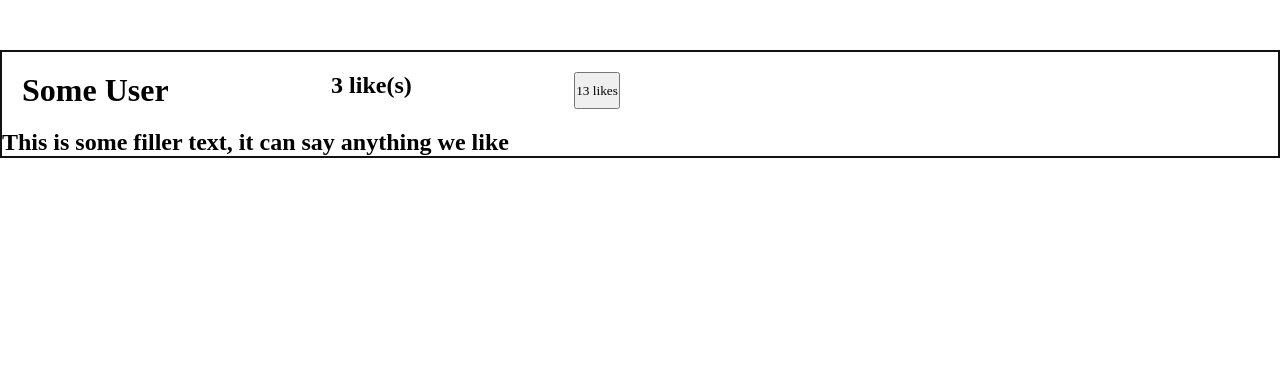
Repository: Blender20/liking_likes
Page: index.html
An editor plug-in stored every save of this project. The page is shown before and after a run of saves, followed by the edit.
The browser window is 1280 px wide. The pictures show the whole page.
Some web fonts or font styles are not loaded; a fallback is used.

Above is the page before, as saved 2022-03-29 19:39:11.

### index.html
<!DOCTYPE html>
<html lang="en">

<head>
  <meta charset="UTF-8">
  <meta http-equiv="X-UA-Compatible" content="IE=edge">
  <meta name="viewport" content="width=device-width, initial-scale=1.0">
  <link rel="stylesheet" href="style.css">
  <title>Document</title>
</head>

<body>

  <div class="column ">
    <div class="user flex">
      <h1>Some User</h1>

      <h2>3 like(s)</h2>
      <button onclick="call(this)" id="like">13 likes</button>
    </div>
    <div>
        <h2>This is some filler text, it can say anything we like</h2>
      </div>

  </div>

  </div>
</body>

</html>

### style.css
@import url('https://fonts.googleapis.com/css2?family=Balsamiq+Sans:ital,wght@0,400;0,700;1,700&display=swap');
  *{
  padding: 0;
  margin: 0;
  box-sizing: border-box;
  font-family: 'Balsamiq Sans', cursive;
}

.flex {
  display: flex;
  justify-content: space-between;
  align-self: center;
}



.column {
  border: 2px solid #111;
  margin-top: 50px;
  min


}
.user{
  padding: 20px;
  flex:1;
  width: 50%;
  margin: auto 0;
}

After the next 3 saves:
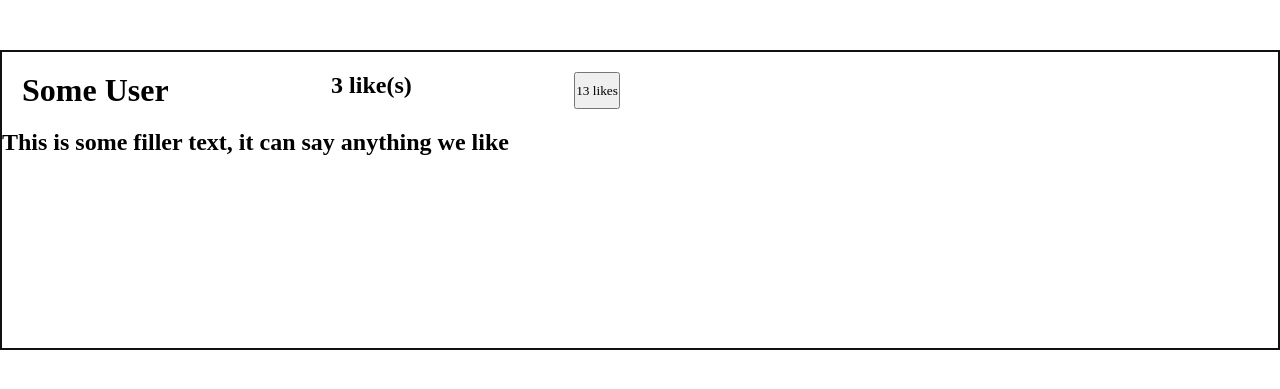
The 3 saves are shown as one change because they came seconds apart.
The last was saved 9 s later.
--- a/style.css
+++ b/style.css
@@ -17,7 +17,7 @@
 .column {
   border: 2px solid #111;
   margin-top: 50px;
-  min
+  min-height: 300px;
 
 
 }

After the 2 saves that followed:
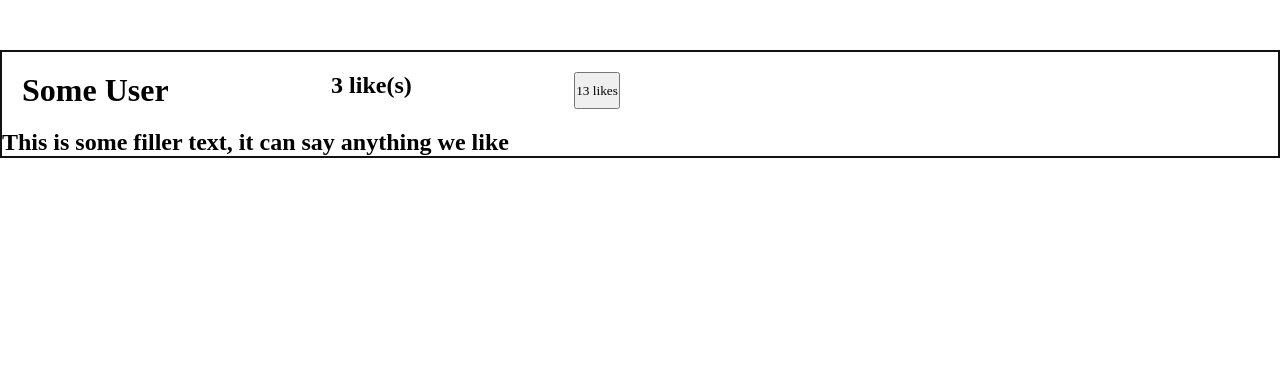
The 2 saves are shown as one change because they came seconds apart.
The last was saved 14 s later.
--- a/style.css
+++ b/style.css
@@ -17,7 +17,7 @@
 .column {
   border: 2px solid #111;
   margin-top: 50px;
-  min-height: 300px;
+  min-height: 100px;
 
 
 }
